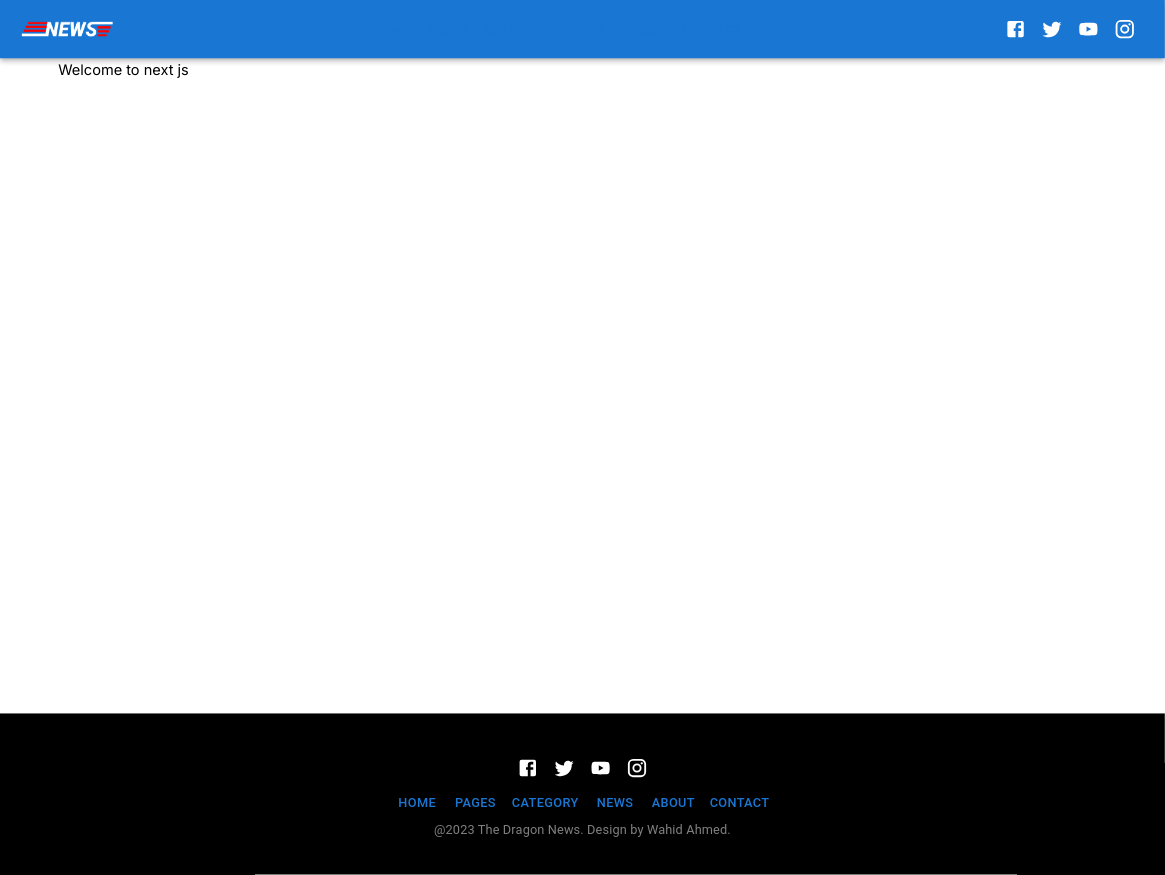
Repository: Wahid137/daily-news-nextjs
Page: /
The author's editor kept a copy of each file at every save. The page is drawn from the files as they stood at one save, then again after the next save.
The browser window is 1280 px wide. The pictures show the whole page, at 91% of full size.
The project was rebuilt for these pictures with package versions that can differ from the ones it lists, and the page was loaded fresh each time. The framework's server and built-in components were replaced by stand-ins that run in the browser. Also part of the build but not shown: next.config.mjs.

Above is the page before, as saved 2024-02-22 15:16:45.

After the next save:
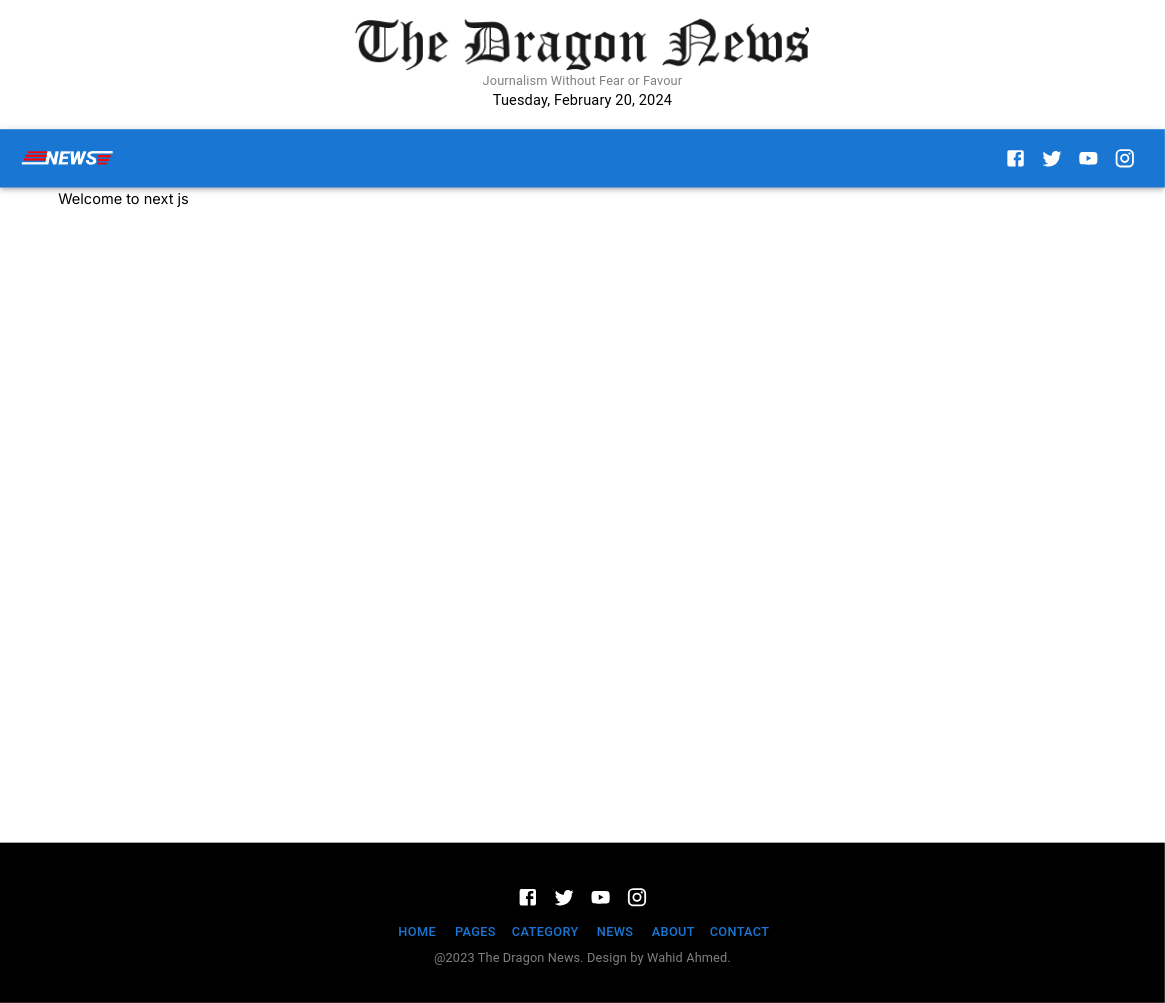
Saved 43 s later.
--- a/src/components/shared/Navbar.js
+++ b/src/components/shared/Navbar.js
@@ -9,6 +9,7 @@ import Button from '@mui/material/Button';
 import Container from '@mui/material/Container';
 import Toolbar from '@mui/material/Toolbar';
 import Image from 'next/image';
+import Header from "./Header";
 
 const navItems = [
     {
@@ -43,50 +44,53 @@ function Navbar() {
 
 
     return (
-        <AppBar position="static" className="bg-black">
-            <Container maxWidth="xl">
-                <Toolbar disableGutters>
+        <>
+            <Header />
+            <AppBar position="static" className="bg-black">
+                <Container maxWidth="xl">
+                    <Toolbar disableGutters>
 
-                    <Image src={logo} width={100} height={100} alt='logo' />
+                        <Image src={logo} width={100} height={100} alt='logo' />
 
-                    <Box className="w-full text-center">
-                        {navItems.map((item) => (
-                            <Button
-                                key={item}
-                                className="text-white r"
+                        <Box className="w-full text-center">
+                            {navItems.map((item) => (
+                                <Button
+                                    key={item}
+                                    className="text-white r"
+                                >
+                                    {item.route}
+                                </Button>
+                            ))}
+                        </Box>
+
+                        <Box>
+                            <Stack
+                                direction="row"
+                                sx={{
+                                    "& svg": {
+                                        color: "white",
+                                    },
+                                }}
                             >
-                                {item.route}
-                            </Button>
-                        ))}
-                    </Box>
+                                <IconButton>
+                                    <Facebook />
+                                </IconButton>
+                                <IconButton>
+                                    <Twitter />
+                                </IconButton>
+                                <IconButton>
+                                    <YouTube />
+                                </IconButton>
+                                <IconButton>
+                                    <Instagram />
+                                </IconButton>
+                            </Stack>
+                        </Box>
 
-                    <Box>
-                        <Stack
-                            direction="row"
-                            sx={{
-                                "& svg": {
-                                    color: "white",
-                                },
-                            }}
-                        >
-                            <IconButton>
-                                <Facebook />
-                            </IconButton>
-                            <IconButton>
-                                <Twitter />
-                            </IconButton>
-                            <IconButton>
-                                <YouTube />
-                            </IconButton>
-                            <IconButton>
-                                <Instagram />
-                            </IconButton>
-                        </Stack>
-                    </Box>
-
-                </Toolbar>
-            </Container>
-        </AppBar>
+                    </Toolbar>
+                </Container>
+            </AppBar>
+        </>
     );
 }
 export default Navbar;
